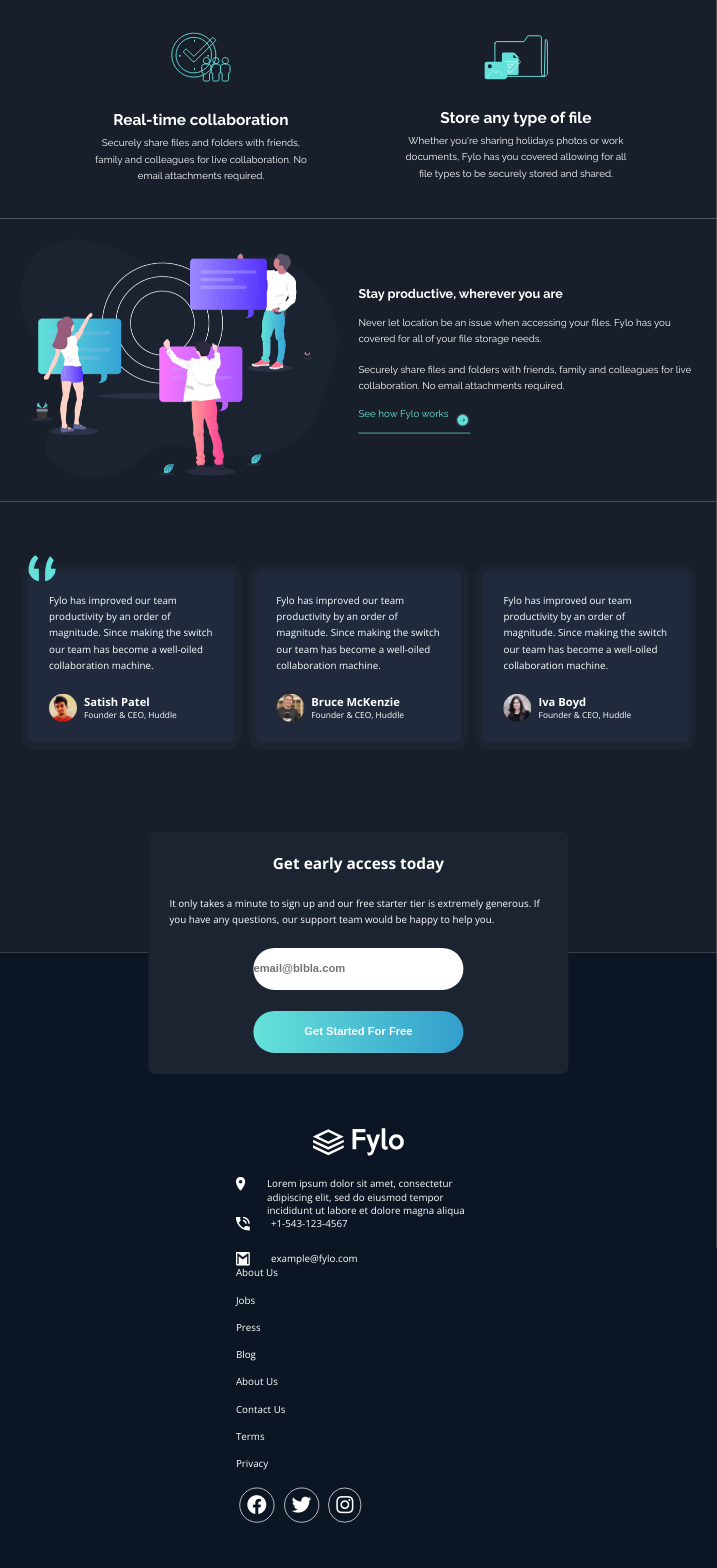
Repository: tomas938/fylo-dark-theme-landing-page-master
Page: index.html
An editor plug-in stored every save of this project. The page is shown before and after the next save, followed by the edit.
The browser window is 1024 px wide. The pictures show the part of the page from y = 1123 to 3363 px (the page is 3363 px tall), at 70% of full size.
Some web libraries are served in a nearby version. The style sheet was rebuilt from its Sass, Less or Tailwind sources for each picture, by a compiler version that may differ from the author's.

Above is the page before, as saved 2021-08-05 19:46:58.

After the next save:
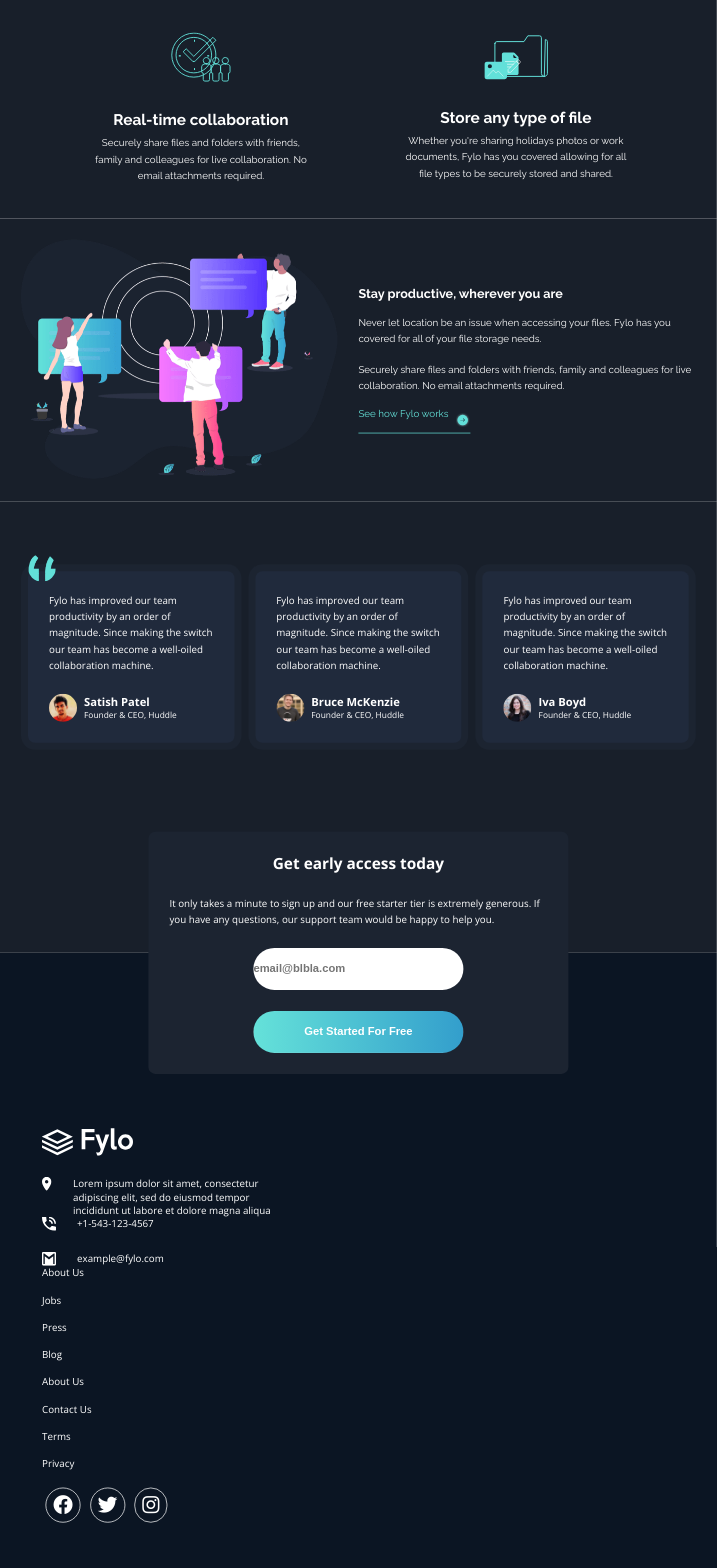
Saved 12 s later.
--- a/scss/_partials/_footer.scss
+++ b/scss/_partials/_footer.scss
@@ -89,7 +89,7 @@
 	display: flex;
 	flex-direction: column;
 	@media only screen and (max-width: 1100px) {
-		align-items: center;
+		align-items: flex-start;
 	}
 	.footer__content {
 		display: flex;

After the save that followed:
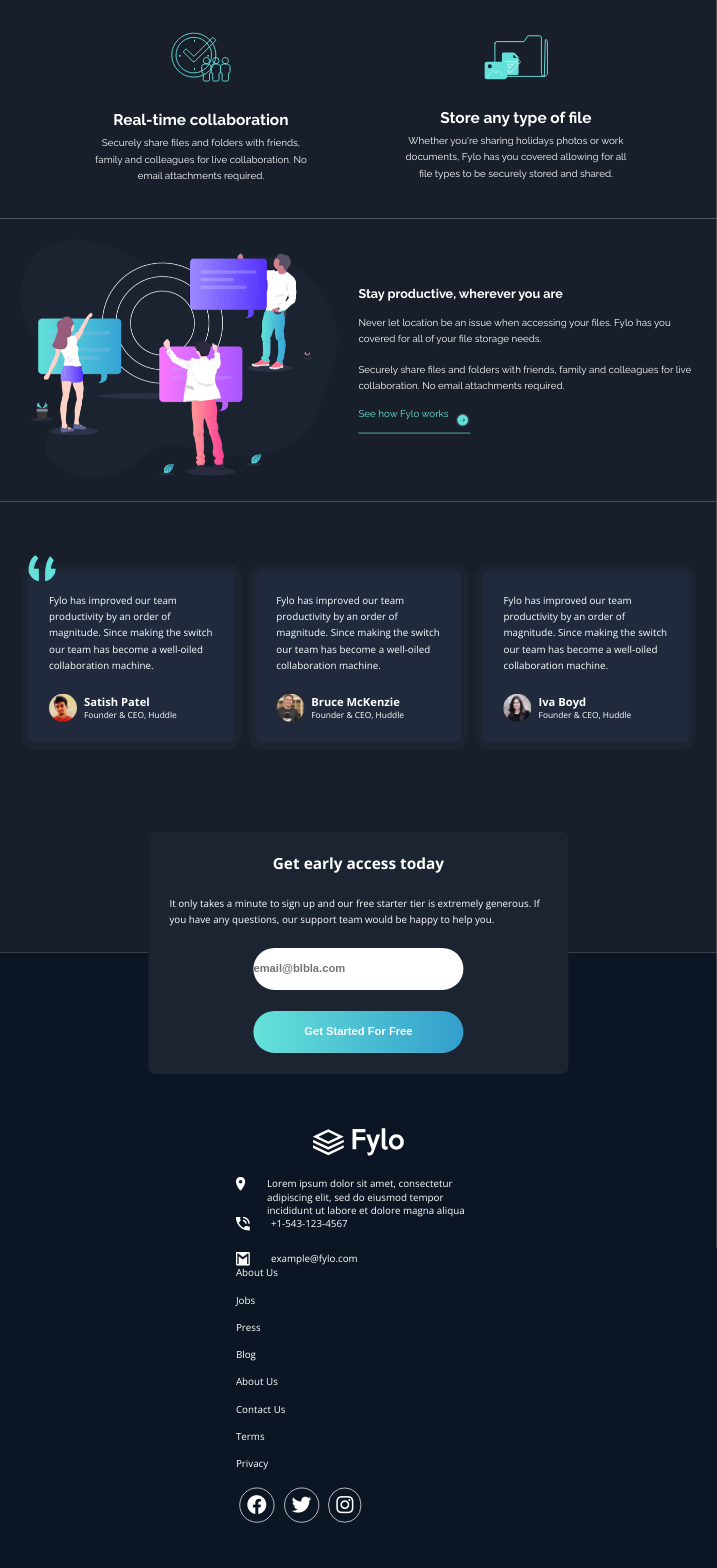
Saved 4 s later.
--- a/scss/_partials/_footer.scss
+++ b/scss/_partials/_footer.scss
@@ -89,7 +89,7 @@
 	display: flex;
 	flex-direction: column;
 	@media only screen and (max-width: 1100px) {
-		align-items: flex-start;
+		align-items: center;
 	}
 	.footer__content {
 		display: flex;
